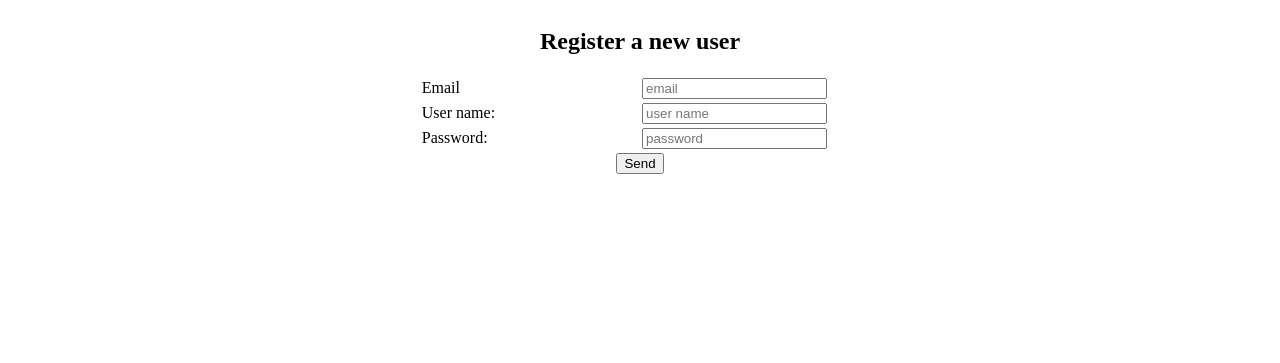
Repository: UnforgivenZZZ/bulldog
Page: http://localhost/bulldog/EmailForm.jsp
These files come from the project's save history. The page is drawn as it stood at one moment and after the next save; the edit follows.
The browser window is 1280 px wide. The pictures show the whole page.
The page is served by Tomcat 9.

Above is the page before, as saved 2017-07-07 05:35:35.

After the next save:
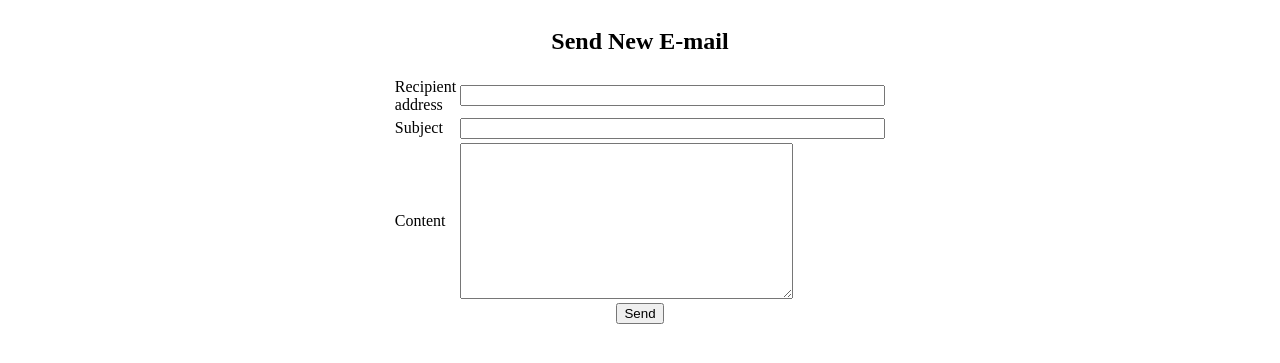
Saved 2 min 8 s later.
--- a/bulldog/WebContent/EmailForm.jsp
+++ b/bulldog/WebContent/EmailForm.jsp
@@ -3,27 +3,27 @@
 <!DOCTYPE html PUBLIC "-//W3C//DTD HTML 4.01 Transitional//EN" "http://www.w3.org/TR/html4/loose.dtd">
 <html>
 <head>
-<meta charset="UTF-8">
+<meta http-equiv="Content-Type" content="text/html; charset=ISO-8859-1">
 <title>Send an e-mail</title>
 </head>
 <body>
     <form action="EmailSendingServlet" method="post">
         <table border="0" width="35%" align="center">
-            <caption><h2>Register a new user</h2></caption>
+            <caption><h2>Send New E-mail</h2></caption>
             <tr>
-                <td width="50%">Email </td>
-                <td><input type="text" placeholder="email" name="contact"/></td>
+                <td width="50%">Recipient address </td>
+                <td><input type="text" name="recipient" size="50"/></td>
             </tr>
             <tr>
-                <td>User name: </td>
-                <td><input type="text" placeholder="user name" name="username"/></td>
+                <td>Subject </td>
+                <td><input type="text" name="subject" size="50"/></td>
             </tr>
             <tr>
-                <td>Password: </td>
-                <td><input type="text" placeholder="password" name="pin"/></td>
+                <td>Content </td>
+                <td><textarea rows="10" cols="39" name="content"></textarea> </td>
             </tr>
             <tr>
-                <td colspan="2" align="center"><input type="submit" value="Send" /></td>
+                <td colspan="2" align="center"><input type="submit" value="Send"/></td>
             </tr>
         </table>
 
